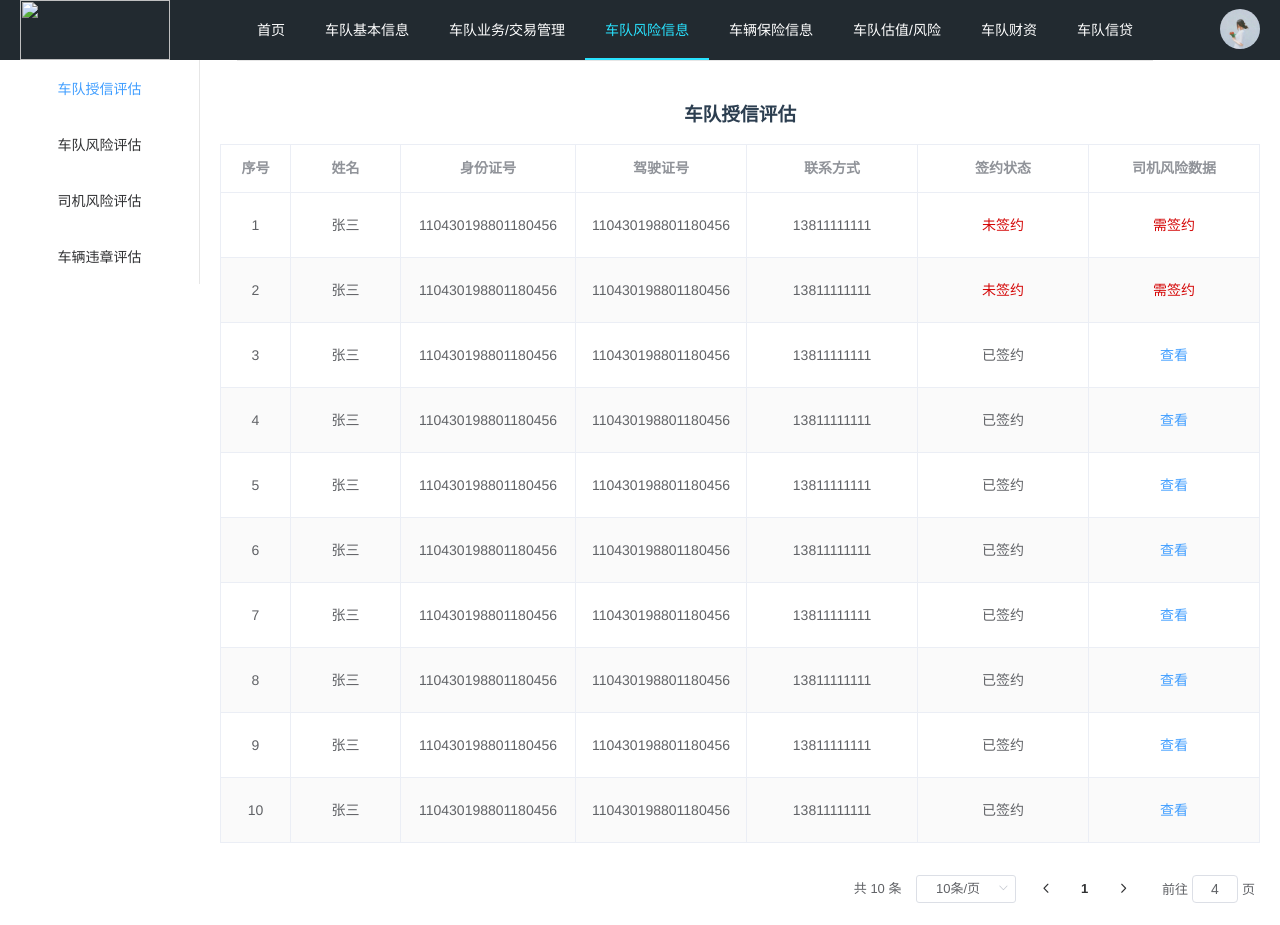
Repository: TheWomanLiketheWind/woodpecker
Page: /
These files come from the project's save history. The page is drawn as it stood at one moment and after the next save; the edit follows.
The browser window is 1280 px wide. The pictures show the whole page.
The project was rebuilt for these pictures with package versions that can differ from the ones it lists, and the page was loaded fresh each time. Also part of the build but not shown: src/views/menuThird.vue.

Above is the page before, as saved 2019-07-26 09:12:20.

### public/index.html
<!DOCTYPE html>
<html lang="en">
  <head>
    <meta charset="utf-8">
    <meta http-equiv="X-UA-Compatible" content="IE=edge">
    <meta name="viewport" content="width=device-width,initial-scale=1.0">
    <link rel="icon" href="<%= BASE_URL %>favicon.ico">
    <title>woodpecker</title>
  </head>
  <body>
    <noscript>
      <strong>We're sorry but woodpecker doesn't work properly without JavaScript enabled. Please enable it to continue.</strong>
    </noscript>
    <div id="app"></div>
    <!-- built files will be auto injected -->
  </body>
</html>

### src/App.vue
<template>
  <div id="app">
    <router-view />
  </div>
</template>

<style lang="scss">
#app {
  font-family: "Avenir", Helvetica, Arial, sans-serif;
  -webkit-font-smoothing: antialiased;
  -moz-osx-font-smoothing: grayscale;
  text-align: center;
  color: #2c3e50;
  .el-header {
    display: flex;
    justify-content: space-between;
    align-items: center;
  }
}
#nav {
  padding: 30px;
  a {
    font-weight: bold;
    color: #2c3e50;
    &.router-link-exact-active {
      color: #42b983;
    }
  }
}
body {
  margin: 0;
}
</style>

### src/router.ts
import Vue from 'vue'
import Router from 'vue-router'
import Home from './views/Home.vue'
Vue.use(Router)

export default new Router({
  mode: 'history',
  base: process.env.BASE_URL,
  routes: [
    {
      path: '/',
      name: 'home',
      component: Home,
      children: [
        {
          path: '/',
          name: 'menuSecond',
          children: [
            {
              path: '/',
              name: 'menuThird',
              component: () =>
                import(/* webpackChunkName: "about" */ './views/menuThird.vue')
            }
          ],
          component: () =>
            import(/* webpackChunkName: "about" */ './views/menuSecond.vue')
        }
      ]
    }
  ]
})

### src/views/Home.vue
<template>
  <el-container>
    <el-header class="headerAll">
      <img src=""
           class="headImage">
      <el-menu :default-active="activeIndex"
               class="el-menu-demo"
               mode="horizontal"
               background-color="#222a30"
               text-color="#fff"
               active-text-color="#29e2fe"
               @select="handleSelect">
        <el-menu-item v-for="(item, index) in menuList"
                      :key="index"
                      :index="item.index"
                      v-on:listenToChildEvent="menuClick">{{item.name}}</el-menu-item>
      </el-menu>

      <el-dropdown>
        <img src="../assets/headImage.jpg"
             class="drophead" />
        <el-dropdown-menu slot="dropdown">
          <el-dropdown-item>个人信息</el-dropdown-item>
          <el-dropdown-item>退出</el-dropdown-item>
        </el-dropdown-menu>
      </el-dropdown>
    </el-header>
    <!-- <router-link to="/menuSecond">点击跳转</router-link> -->
    <router-view />
  </el-container>
</template>

<script lang="ts">
import { Component, Vue } from "vue-property-decorator";

@Component({
  components: {}
})
export default class Home extends Vue {
  data() {
    return {
      activeIndex: "4",
      menuList: [
        {
          name: "首页",
          index: "1",
          link: ""
        },
        {
          name: "车队基本信息",
          index: "2",
          link: ""
        },
        {
          name: "车队业务/交易管理",
          index: "3",
          link: ""
        },
        {
          name: "车队风险信息",
          index: "4",
          link: ""
        },
        {
          name: "车辆保险信息",
          index: "5",
          link: ""
        },
        {
          name: "车队估值/风险",
          index: "6",
          link: ""
        },
        {
          name: "车队财资",
          index: "7",
          link: ""
        },
        {
          name: "车队信贷",
          index: "8",
          link: ""
        }
      ]
    };
  }

  private handleSelect(key: any, keyPath: any) {
    console.log(key, keyPath);
  }

  menuClick(data: any) {
    this.$router.push(data);
  }
}
</script>

<style lang="scss">
.headerAll {
  background: #222a30;
  .headImage {
    width: 150px;
    height: 100%;
    border: 0;
  }
  .drophead {
    width: 40px;
    height: 40px;
    border-radius: 50%;
  }
}
</style>

### src/views/menuSecond.vue
<template>
  <el-container>

    <el-aside width="200px">
      <el-menu :default-active="defaultActive"
               class="el-menu-vertical-demo"
               @select="handleSelect">
        <el-menu-item v-for="(item, index) in filesList.navigeList"
                      :key="index"
                      :index="item.index">
          <span slot="title">{{item.name}}</span>
        </el-menu-item>
      </el-menu>
    </el-aside>
    <el-main>
      <h3>{{filesList.navigeList[this.selectIndex].name}}</h3>
      <el-table :data="tableData"
                border
                stripe
                style="width: 100%">
        <el-table-column type="index"
                         label="序号"
                         width="70"
                         align="center">
        </el-table-column>
        <el-table-column prop="name"
                         label="姓名"
                         width="110"
                         align="center" />
        <el-table-column prop="cardId"
                         label="身份证号"
                         align="center" />
        <el-table-column prop="driveId"
                         label="驾驶证号"
                         align="center" />
        <el-table-column prop="tel"
                         label="联系方式"
                         align="center" />
        <el-table-column prop="signType"
                         label="签约状态"
                         align="center">
          <template slot-scope="scope">
            <span :class="scope.row.signType === 0?'signTypeColor':''">{{scope.row.signType === 0?'未签约':'已签约'}}</span>
          </template>
        </el-table-column>
        <el-table-column label="司机风险数据"
                         align="center">
          <template slot-scope="scope">
            <el-button type="text"
                       v-if="scope.row.signType === 0"
                       class="signTypeColor">需签约</el-button>
            <el-button type="text"
                       v-else>查看</el-button>
          </template>
        </el-table-column>
      </el-table>
      <el-pagination @size-change="handleSizeChange"
                     @current-change="handleCurrentChange"
                     :current-page="currentPage4"
                     :page-sizes="[10, 20, 50, 100]"
                     :page-size="10"
                     layout="total, sizes, prev, pager, next, jumper"
                     :total="tableData.length">
      </el-pagination>
    </el-main>
  </el-container>

</template>

<script lang="ts">
import Vue from "vue";
import files from "../jsonFile";

export default Vue.extend({
  data() {
    return {
      filesList: files,
      selectIndex: 0,
      defaultActive: "1",
      currentPage4: 4,
      tableData: [
        {
          name: "张三",
          cardId: "110430198801180456",
          driveId: "110430198801180456",
          tel: "13811111111",
          signType: 0
        }
      ]
    };
  },
  mounted() {
    this.defined();
  },
  methods: {
    defined() {
      for (let i = 0; i < 9; i++) {
        let object = {
          name: "张三",
          cardId: "110430198801180456",
          driveId: "110430198801180456",
          tel: "13811111111",
          signType: i === 0 ? 0 : 1
        };
        this.tableData.push(object);
      }
    },
    handleSelect(key: String) {
      this.selectIndex = Number(key) - 1;
    },
    handleSizeChange(val: Number) {
      console.log(`每页 ${val} 条`);
    },
    handleCurrentChange(val: Number) {
      console.log(`当前页: ${val}`);
    }
  }
});
</script>


<style lang="scss">
.el-pagination {
  margin-top: 30px;
  float: right;
}
.signTypeColor {
  color: #d40707;
}
</style>

### src/jsonFile.ts
const fileObject = {
  navigeList: [
    {
      name: '车队授信评估',
      index: '1'
    },
    {
      name: '车队风险评估',
      index: '2'
    },
    {
      name: '司机风险评估',
      index: '3'
    },
    {
      name: '车辆违章评估',
      index: '4'
    }
  ]
}

export default fileObject

Loaded but not shown: src/main.ts (common file); src/store.ts (common file)

After the next save:
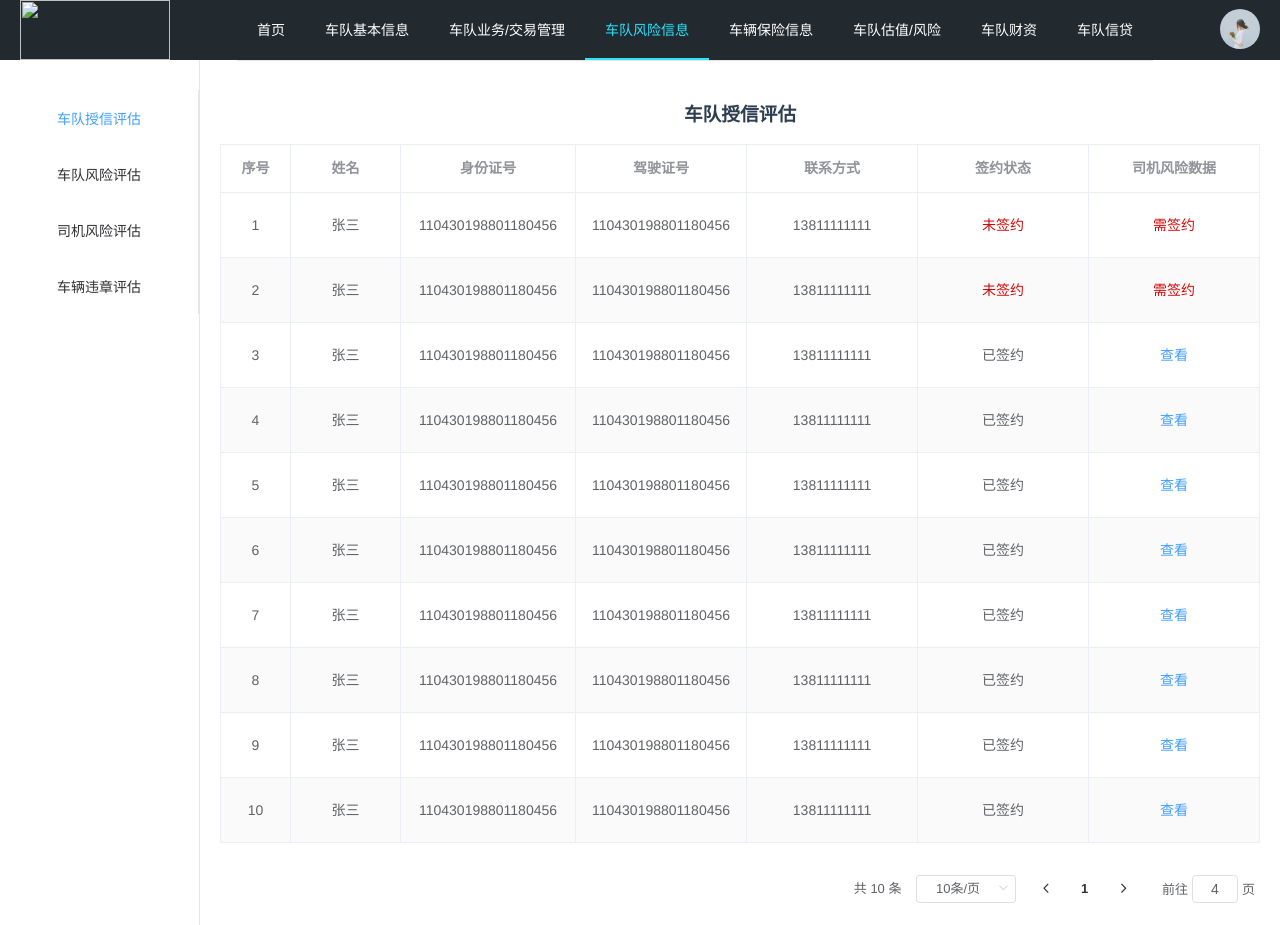
Saved 8 min 17 s later.
--- a/src/views/menuSecond.vue
+++ b/src/views/menuSecond.vue
@@ -1,7 +1,8 @@
 <template>
   <el-container>
 
-    <el-aside width="200px">
+    <el-aside width="200px"
+              class="asideClass">
       <el-menu :default-active="defaultActive"
                class="el-menu-vertical-demo"
                @select="handleSelect">
@@ -127,4 +128,8 @@ export default Vue.extend({
 .signTypeColor {
   color: #d40707;
 }
+.asideClass {
+  padding-top: 30px;
+  border-right: solid 1px #e6e6e6;
+}
 </style>
